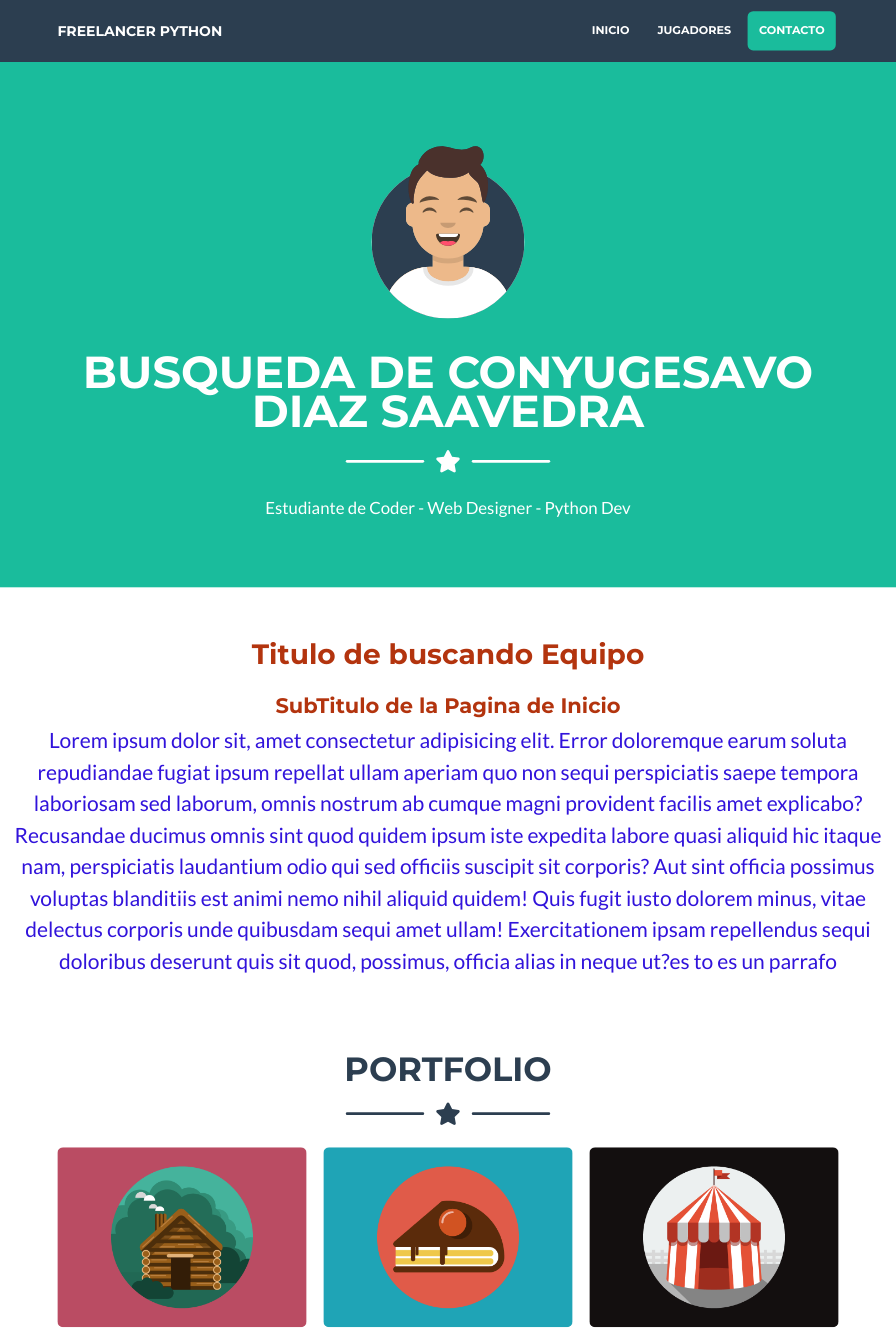
Repository: gadiazsaavedra/Familiares
Page: ProyectoFamiliar/AppFamiliar/templates/AppFamiliar/busquedaConyuge.html
An editor plug-in stored every save of this project. The page is shown before and after the next save, followed by the edit.
The browser window is 1280 px wide. The pictures show the part of the page from y = 0 to 1920 px (the page is 4550 px tall before and 4494 px after), at 70% of full size.
The template is drawn by Django 3.2. The application's start-up code is not run. Other server files are loaded and not shown. The template is opened directly, without the code that normally fills it, so the values that code supplies are empty.

Above is the page before, as saved 2021-12-11 00:08:42.

### ProyectoFamiliar/ProyectoFamiliar/AppFamiliar/templates/AppFamiliar/busquedaConyuge.html
{% extends "AppFamiliar/padre.html" %}


{% load static %}


        {% block contenido2 %}
        <h1 class="masthead-heading text-uppercase mb-0">Busqueda de ConyugesAVO DIAZ SAAVEDRA</h1>
        {% endblock %}

{% block contenido %}

<br>
<br>
<br>
<h1 style="text-align: center; color:rgb(179, 52, 14); font-size:40px">Titulo de buscando Equipo</h1>
<br>
<h2 style="text-align: center; color:rgb(179, 52, 14); font-size:30px; font-family: Montserrat;">SubTitulo de la Pagina de Inicio</h2>

<p style="text-align: center; color:rgb(49, 19, 219); font-size:30px">Lorem ipsum dolor sit, amet consectetur adipisicing elit. Error doloremque earum soluta repudiandae fugiat ipsum repellat ullam aperiam quo non sequi perspiciatis saepe tempora laboriosam sed laborum, omnis nostrum ab cumque magni provident facilis amet explicabo? Recusandae ducimus omnis sint quod quidem ipsum iste expedita labore quasi aliquid hic itaque nam, perspiciatis laudantium odio qui sed officiis suscipit sit corporis? Aut sint officia possimus voluptas blanditiis est animi nemo nihil aliquid quidem! Quis fugit iusto dolorem minus, vitae delectus corporis unde quibusdam sequi amet ullam! Exercitationem ipsam repellendus sequi doloribus deserunt quis sit quod, possimus, officia alias in neque ut?es to es un parrafo</p>


{% endblock %}

Loaded but not shown: ProyectoFamiliar/ProyectoFamiliar/AppFamiliar/static/AppFamiliar/css/styles.css (library); ProyectoFamiliar/ProyectoFamiliar/AppFamiliar/static/AppFamiliar/assets/img/avataaars.svg (248 lines, source omitted); ProyectoFamiliar/ProyectoFamiliar/AppFamiliar/static/AppFamiliar/js/scripts.js (54 lines, source omitted); ProyectoFamiliar/ProyectoFamiliar/AppFamiliar/templates/AppFamiliar/padre.html (473 lines, source omitted)

After the next save:
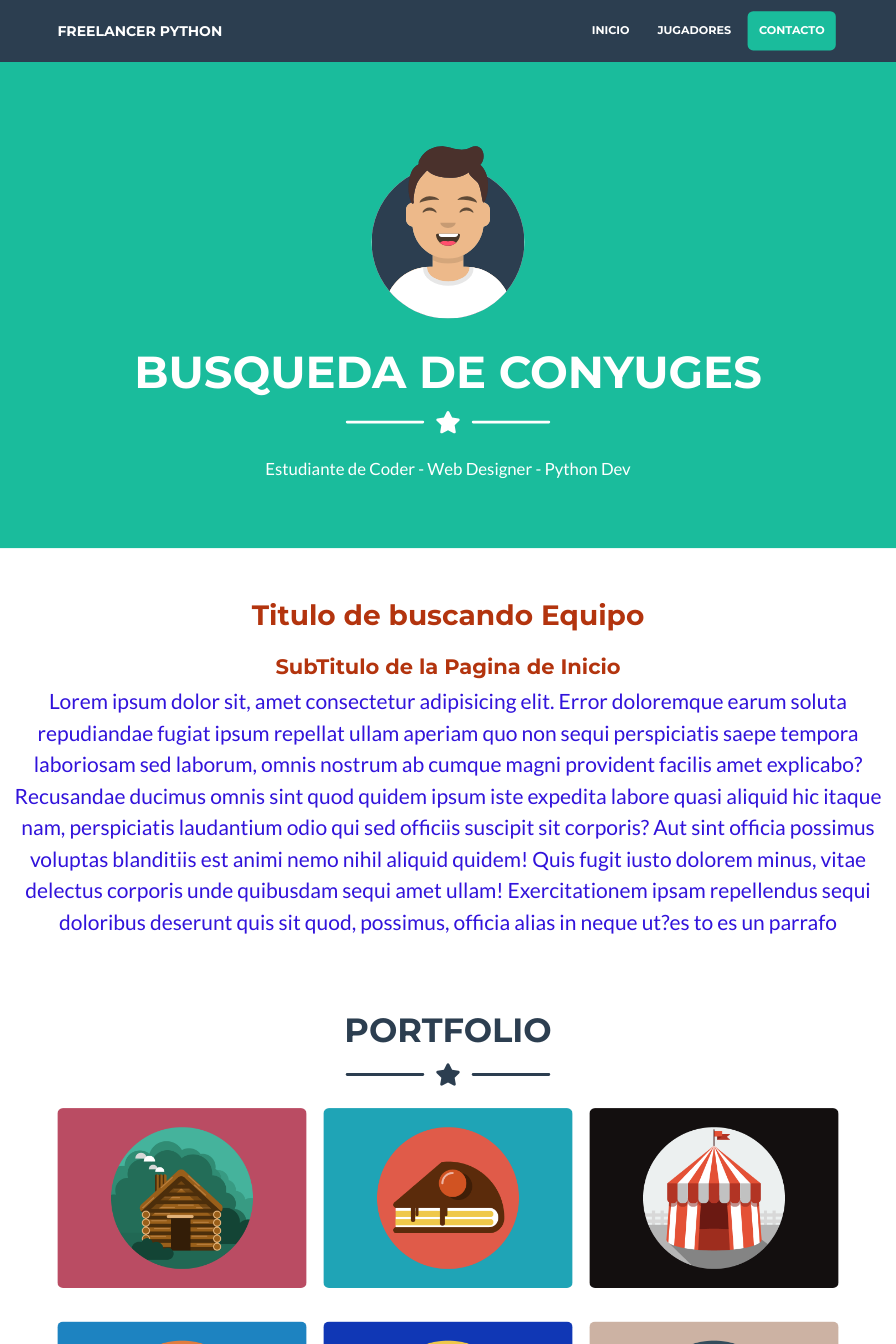
Saved 10 s later.
--- a/ProyectoFamiliar/ProyectoFamiliar/AppFamiliar/templates/AppFamiliar/busquedaConyuge.html
+++ b/ProyectoFamiliar/ProyectoFamiliar/AppFamiliar/templates/AppFamiliar/busquedaConyuge.html
@@ -5,7 +5,7 @@
 
 
         {% block contenido2 %}
-        <h1 class="masthead-heading text-uppercase mb-0">Busqueda de ConyugesAVO DIAZ SAAVEDRA</h1>
+        <h1 class="masthead-heading text-uppercase mb-0">Busqueda de Conyuges</h1>
         {% endblock %}
 
 {% block contenido %}
